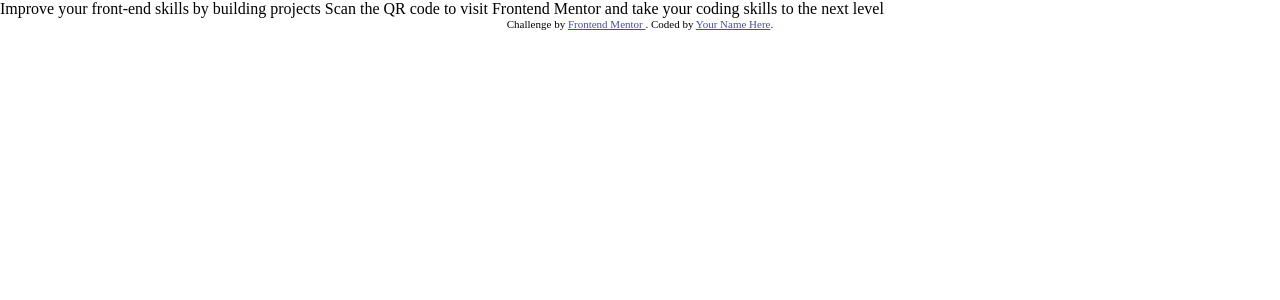
Repository: huynhnhutanhduy/qr-code-component
Page: index.html
The author's editor kept a copy of each file at every save. The page is drawn from the files as they stood at one save, then again after the next save.
The browser window is 1280 px wide. The pictures show the whole page.

Above is the page before, as saved 2022-10-05 13:34:47.

### index.html
<!DOCTYPE html>
<html lang="en">
  <head>
    <meta charset="UTF-8" />
    <meta name="viewport" content="width=device-width, initial-scale=1.0" />
    <!-- displays site properly based on user's device -->

    <link rel="icon" type="image/png" sizes="32x32" href="./images/favicon-32x32.png" />

    <title>Frontend Mentor | QR code component</title>
    <link rel="stylesheet" href="./app.css" />

    <!-- Feel free to remove these styles or customise in your own stylesheet 👍 -->
    <style>
      .attribution {
        font-size: 11px;
        text-align: center;
      }
      .attribution a {
        color: hsl(228, 45%, 44%);
      }
    </style>
  </head>
  <body>
    Improve your front-end skills by building projects Scan the QR code to visit Frontend
    Mentor and take your coding skills to the next level

    <div class="attribution">
      Challenge by
      <a href="https://www.frontendmentor.io?ref=challenge" target="_blank">Frontend Mentor </a
      >. Coded by <a href="#">Your Name Here</a>.
    </div>
  </body>
</html>

### app.css
:root {
  --white: hsl(0, 0%, 100%);
  --light-gray: hsl(212, 45%, 89%);
  --grayish-blue: hsl(220, 15%, 55%);
  --dark-blue: hsl(218, 44%, 22%);
}
* {
  margin: 0;
  padding: 0;
}
*,
*::before,
*::after,
html {
  box-sizing: border-box;
}

After the next save:
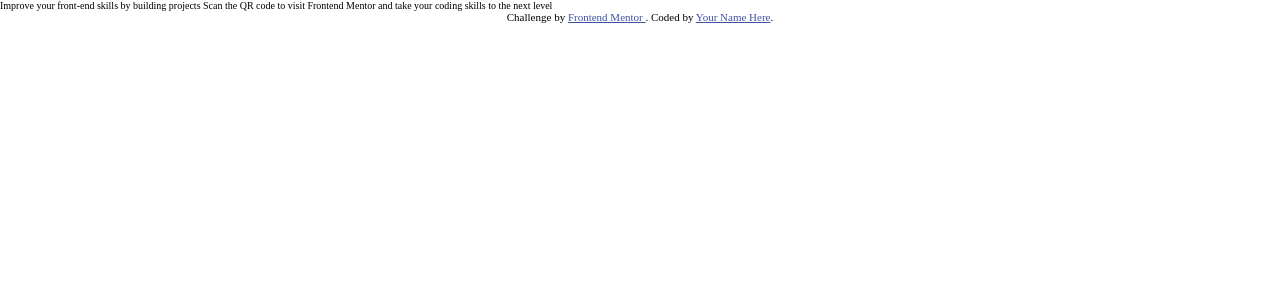
Saved 13 s later.
--- a/app.css
+++ b/app.css
@@ -14,3 +14,6 @@
 html {
   box-sizing: border-box;
 }
+html {
+  font-size: 62.5%;
+}
